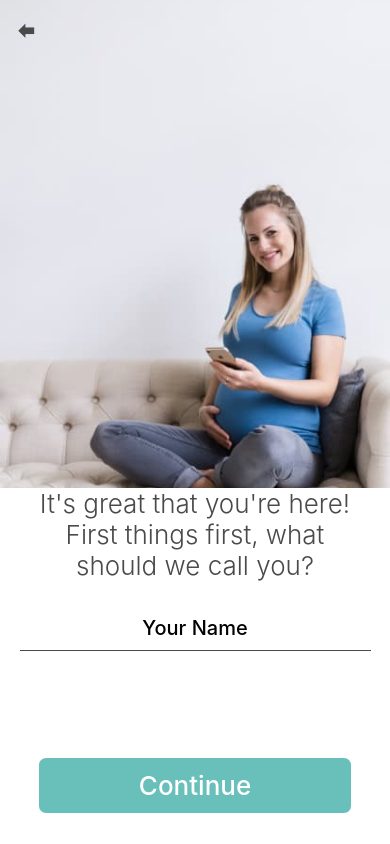
Repository: pheonixlegend/keleya
Screen: /Name
The author's editor kept a copy of each file at every save. The screen is drawn from the files as they stood at one save, then again after the next save.
The app was drawn by React Native's web renderer in a window 390 px wide. The project was rebuilt for these pictures with package versions that can differ from the ones it lists, and the page was loaded fresh each time. Also part of the build but not shown: components/ImageHeader.tsx, components/LoginSignupDetails.tsx, screens/SignUp.tsx, screens/SignIn.tsx, screens/Date.tsx, screens/Workout.tsx, screens/Success.tsx.

Above is the screen before, as saved 2021-10-10 14:10:15.

### App.tsx
import { StatusBar } from 'expo-status-bar';
import React from 'react';
import { StyleSheet, Text, View } from 'react-native';
import Home from './screens/Home';
import { NavigationContainer } from '@react-navigation/native';
import AppStack from './routes/AppStack';

export default function App() {
  return (
    <NavigationContainer>
      <AppStack />
    </NavigationContainer>
  );
}

const styles = StyleSheet.create({
  container: {
    flex: 1,
    backgroundColor: '#fff',
    alignItems: 'center',
    justifyContent: 'center',
  },
});

### routes/AppStack.tsx
import { createStackNavigator } from '@react-navigation/stack';
import { Image } from 'react-native';
import Home from '../screens/Home';
import ImageHeader from '../components/ImageHeader';
import SignUp from '../screens/SignUp';
import SignIn from '../screens/SignIn';
import Name from '../screens/Name';
import Date from '../screens/Date';
import Workout from '../screens/Workout';
import Success from '../screens/Success';
import React from 'react';
import { Entypo } from '@expo/vector-icons';
import {RootStackParamList} from '../routes/RootStackPrams';

const Stack = createStackNavigator<RootStackParamList>();
    const appStack = () => {
        return (
            <Stack.Navigator
                screenOptions={{
                headerShown: false,
                headerTransparent: true,
                headerStyle: {
                  },
                  headerBackTitleStyle: {
                      opacity: 0,
                  },
                  headerTintColor: 'transparent'
                }}
            >
                <Stack.Screen name="Home" component={Home} />
                <Stack.Screen
                    name="SignUp"
                    component={SignUp}
                    options={{
                        headerShown: true,
                        headerBackImage: ()=>(<Entypo name='arrow-left' size={22}
                        color="#4a4a4a" style={{ paddingLeft: '20%', marginTop: '-10%' }} />)
                    }}
                />
                <Stack.Screen
                    name="SignIn"
                    component={SignIn}
                    options={{
                        headerShown: true,
                        headerBackImage: ()=>(<Entypo name='arrow-left' size={22}
                        color="#4a4a4a" style={{ paddingLeft: '20%', marginTop: '-10%' }} />)
                    }}
                />
                <Stack.Screen
                    name="Name"
                    component={Name}
                    options={{
                        headerShown: true,
                        headerBackImage: ()=>(<Entypo name='arrow-left' size={22}
                        color="#4a4a4a" style={{ paddingLeft: '20%', marginTop: '-10%' }} />)
                    }}
                />
                <Stack.Screen
                    name="Date"
                    component={Date}
                    options={{
                        headerShown: true,
                        headerBackImage: ()=>(<Entypo name='arrow-left' size={22}
                        color="#4a4a4a" style={{ paddingLeft: '20%', marginTop: '-10%' }} />)
                    }}
                />
                <Stack.Screen
                    name="Workout"
                    component={Workout}
                    options={{
                        headerShown: true,
                        headerBackImage: ()=>(<Entypo name='arrow-left' size={22}
                        color="#4a4a4a" style={{ paddingLeft: '20%', marginTop: '-10%' }} />)
                    }}
                />
                <Stack.Screen
                    name="Success"
                    component={Success}
                    options={{
                        headerShown: false,
                        headerBackImage: ()=>(<Entypo name='arrow-left' size={22}
                        color="#4a4a4a" style={{ paddingLeft: '20%', marginTop: '-10%' }} />)
                    }}
                />
            </Stack.Navigator>
        )
    }
export default appStack

### screens/Home.tsx
import { StatusBar } from 'expo-status-bar';
import React from 'react';
import { StyleSheet, Text, View, Button, Image, SafeAreaView, ImageBackground, TouchableOpacity } from 'react-native';
import { Global } from '../styles/Global';
import {useNavigation} from '@react-navigation/native';
import {StackNavigationProp} from '@react-navigation/stack';
import {RootStackParamList} from '../routes/RootStackPrams';

type authScreenProp = StackNavigationProp<RootStackParamList, 'Home'>;

function Home() {
  /* const signUpHandler = () => {
    navigation.push("Sign Up")
  }

  const signInHandler = () => {
    navigation.push("Sign In")
  }
 */
  const navigation = useNavigation<authScreenProp>();

  return (
    <ImageBackground source={require('../assets/images/first-intro-image.png')} style={styles.backgroundImage} >

    <SafeAreaView style={Global.container}>
      <StatusBar backgroundColor={'transparent'} translucent/>

      <View style={styles.imageContainer}>
        <Image source={require('../assets/images/keleya-logo.png')} style={styles.image} resizeMode="contain" />
      </View>

      <View style={styles.centeredView}>
        <Text style={styles.subText}>For a fit and relaxed pregnancy</Text>
      </View>

      <View style={styles.buttonContainer}>
      <TouchableOpacity style={styles.customBtnBGBottom} onPress={() => navigation.navigate('SignUp')}>
        <Text style={styles.customBtnTextBottom}>Get started</Text>
      </TouchableOpacity>


      <TouchableOpacity style={styles.customBtnBGBottom2} onPress={() => navigation.navigate('SignIn')}>
        <Text style={styles.customBtnTextBottom2}>Or login</Text>
      </TouchableOpacity>
      </View>
    </SafeAreaView>

    </ImageBackground>
  )
}

const styles = StyleSheet.create({
  imageContainer: {
    justifyContent: 'center',
    alignItems: 'center',
    height: '20%'
  },

  backgroundImage: {
    flex: 1,
    width: undefined,
    height: undefined,
    resizeMode: 'cover'
  },

  centeredView: {
    justifyContent: 'center',
    alignItems: 'center'
  },

  image: {
    width: '23%',
    height: '100%'
  },

  subText: {
    textAlign: 'center',
    fontSize: 24,
    fontWeight: "500",
    marginTop: '-3%',
    width: '53%',
    color: "#4a4a4a"
  },

  buttonContainer: {
    flex: 1,
    alignItems: 'center',
    height: '12.4%',
  },

  customBtnBGBottom: {
    backgroundColor: "#69c0ba",
    borderRadius: 7,
    width: '85%',
    height: '6.2%',
    position: 'absolute',
    bottom: 0,
    marginBottom: '23%',
    justifyContent: 'center',
    alignItems: 'center',
  },

  customBtnBGBottom2: {
    backgroundColor: "transparent",
    borderRadius: 7,
    width: '85%',
    position: 'absolute',
    bottom: 0,
    marginBottom: '10%',
    justifyContent: 'center',
    alignItems: 'center',
  },

  customBtnTextBottom: {
    fontSize: 26,
    fontWeight: "500",
    color: "#fff",
    textAlign: "center"
  },

  customBtnTextBottom2: {
    fontSize: 21,
    fontWeight: "600",
    color: "#4a4a4a",
    textAlign: "center"
  }

});

export default Home

### screens/Name.tsx
import {useNavigation} from '@react-navigation/native';
import { StatusBar } from 'expo-status-bar';
import React from 'react';
import { StyleSheet, Text, View, SafeAreaView, TouchableOpacity, TextInput } from 'react-native';
import { Global } from '../styles/Global';
import ImageHeaderMedium from '../components/ImageHeaderMedium';
import {StackNavigationProp} from '@react-navigation/stack';
import {RootStackParamList} from '../routes/RootStackPrams';
import NameTimeDetails from '../components/NameTimeDetails';

type nameScreenProp = StackNavigationProp<RootStackParamList, 'Name'>;

function Name() {
  const navigation = useNavigation<nameScreenProp>();

 return (
    <SafeAreaView style={styles.mainContainer}>
      <StatusBar backgroundColor={'transparent'} translucent/>
      <ImageHeaderMedium screenType = "nameScreen"/>
      {<NameTimeDetails screenType = "nameScreen" /> }

      <View style={styles.buttonContainer}>
          <TouchableOpacity style={styles.customBtnBGBottom} onPress={() => navigation.navigate('Date')}>
            <Text style={styles.customBtnTextBottom}>Continue</Text>
          </TouchableOpacity>
      </View>
    </SafeAreaView>
  )
}

const styles = StyleSheet.create({
  mainContainer: {
    flex: 1,
    backgroundColor: 'white'
  },

  forgotPasswordText: {
    textAlign: 'center',
    fontSize: 19,
    width: '90%',
    fontWeight: "300",
    color: "#4a4a4a",
    paddingBottom: '7%'
  },

  buttonContainer: {
    alignItems: 'center',
    width: '100%',
    bottom: 0,
    position: 'absolute',
  },

  customBtnBGBottom: {
    backgroundColor: "#69c0ba",
    borderRadius: 7,
    width: '80%',
    paddingTop: '3%',
    paddingBottom: '3%',
    marginBottom: '8%',
    justifyContent: 'center',
    alignItems: 'center',
  },

  customBtnTextBottom: {
    fontSize: 26,
    fontWeight: "500",
    color: "#ffff",
    textAlign: "center"
  }

});

export default Name

### styles/Global.tsx
import { StyleSheet } from 'react-native';

export const Global = StyleSheet.create({
    container: {
        flex: 1,
        backgroundColor: 'transparent',
    }
})

### components/ImageHeaderMedium.tsx
import React, { useState, FC } from 'react';
import { Text, View, StyleSheet, Image } from 'react-native';
import { Entypo } from '@expo/vector-icons';
import { LinearGradient } from 'expo-linear-gradient';

interface Props {
  screenType: string;
}

const ImageHeaderMedium: FC<Props> = ({ screenType }) => {

  let imageCondition = require('../assets/images/couch_smile.jpg')

  if (screenType == "dateScreen") {
    imageCondition = require('../assets/images/due-date-background-image.jpg')
  }
  else if (screenType == "workoutScreen") {
    imageCondition = require('../assets/images/workout-goal-background-image.jpg')
  }

  return (
    <Image source={imageCondition}
      style={[styles.image, screenType == "dateScreen" ? { height: '80%' }
      : { height: '65%' }]} resizeMode="cover">
    </Image>
  );
}

const styles = StyleSheet.create({
  image: {
    flex: 1,
    position: 'absolute',
    width: '100%'
  }
});

export default ImageHeaderMedium

### components/NameTimeDetails.tsx
import React, { useState, FC } from 'react';
import { Text, View, StyleSheet, TextInput, Picker } from 'react-native';
import { MaterialIcons } from '@expo/vector-icons';
import { CheckBox } from 'react-native-elements';

interface Props {
  screenType: string;
}

const NameTimeDetails: FC<Props> = ({ screenType }) => {

 // const [screenType, setScreenType] = useState(0);

  return (
    <View>
      <Text style={[styles.titleText, screenType == "workoutScreen" ? { display: 'flex' }
            : { display: 'none' }]}>
          How many times a week do you want to be active
      </Text>
      <View style={styles.centeredView}>
        <Text style={[styles.subText, screenType == "workoutScreen" ? { display: 'none' }
            : { display: 'flex' }]}>
          {screenType == "nameScreen" ?
            'It\'s great that you\'re here! First things first, what should we call you?'
           : 'When is your baby due, Sam?'}</Text>

        <TextInput
          placeholder="Your Name"
          style={styles.input}
        />
      </View>
    </View>
  )
}

const styles = StyleSheet.create({
  centeredView: {
    justifyContent: 'flex-start',
    alignItems: 'center',
    backgroundColor: 'white',
    marginTop: '125%',
    paddingLeft: '5%',
    paddingRight: '5%'
  },

  subText: {
    textAlign: 'center',
    fontSize: 26,
    width: '90%',
    fontWeight: "300",
    color: "#4a4a4a",
    paddingBottom: '10%'
  },

  titleText: {
    textAlign: 'center',
    fontSize: 26,
    width: '100%',
    paddingLeft: '10%',
    paddingRight: '10%',
    fontWeight: "300",
    color: "#4a4a4a",
    paddingBottom: '10%',
    position: 'absolute',
    top: 0,
    paddingTop: '10%'
  },

  forgotPasswordText: {
    textAlign: 'center',
    fontSize: 19,
    width: '90%',
    fontWeight: "300",
    color: "#4a4a4a",
    paddingBottom: '7%'
  },

  buttonContainer: {
    alignItems: 'center',
    width: '100%',
    bottom: 0,
    position: 'absolute',
  },

  customBtnBGBottom: {
    backgroundColor: "#69c0ba",
    borderRadius: 7,
    width: '80%',
    paddingTop: '3%',
    paddingBottom: '3%',
    marginBottom: '8%',
    justifyContent: 'center',
    alignItems: 'center',
  },

  customBtnTextBottom: {
    fontSize: 26,
    fontWeight: "500",
    color: "#ffff",
    textAlign: "center"
  },

  input: {
    width: '100%',
    fontSize: 20,
    textAlign: 'center',
    fontWeight: '500',
    paddingLeft: '10%',
    paddingRight: '10%',
    paddingBottom: '3%',
    marginBottom: '12%',
    borderBottomColor: '#4a4a4a',
    borderBottomWidth: 1
  },

  checkboxView: {
    alignItems:'flex-start',
    justifyContent:'flex-start',
    marginTop: '-6%',
    paddingLeft: '5%',
    paddingRight: '5%',
    // display: 'none'
  },

  label: {
    margin: 8,
  }

});

export default NameTimeDetails

After the next save:
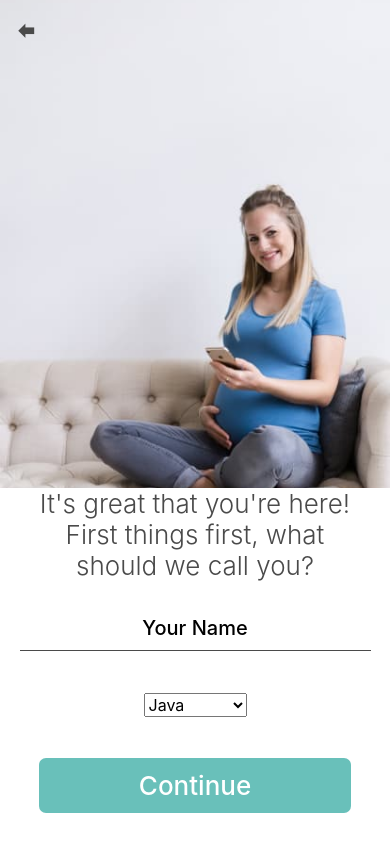
Saved 95 s later.
--- a/components/NameTimeDetails.tsx
+++ b/components/NameTimeDetails.tsx
@@ -10,6 +10,7 @@ interface Props {
 const NameTimeDetails: FC<Props> = ({ screenType }) => {
 
  // const [screenType, setScreenType] = useState(0);
+ const [selectedLanguage, setSelectedLanguage] = useState();
 
   return (
     <View>
@@ -28,6 +29,15 @@ const NameTimeDetails: FC<Props> = ({ screenType }) => {
           placeholder="Your Name"
           style={styles.input}
         />
+
+        <Picker
+          selectedValue={selectedLanguage}
+          onValueChange={(itemValue, itemIndex) =>
+            setSelectedLanguage(itemValue)
+          }>
+          <Picker.Item label="Java" value="java" />
+          <Picker.Item label="JavaScript" value="js" />
+        </Picker>
       </View>
     </View>
   )
